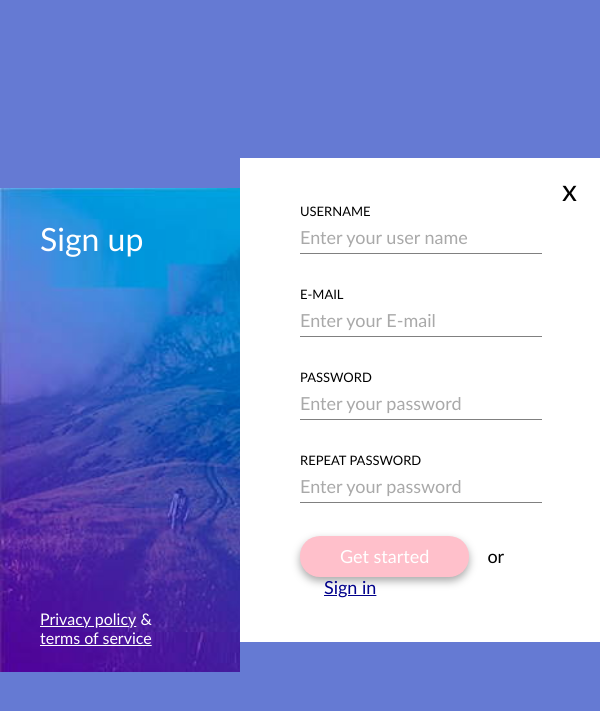
Repository: RugileG/registracijos-forma
Page: index.html
The author's editor kept a copy of each file at every save. The page is drawn from the files as they stood at one save, then again after a run of saves.
The browser window is 600 px wide. The pictures show the whole page.

Above is the page before, as saved 2021-05-19 10:40:55.

### index.html
<!DOCTYPE html>
<html lang="en">
<head>
    <meta charset="UTF-8">
    <meta http-equiv="X-UA-Compatible" content="IE=edge">
    <meta name="viewport" content="width=device-width, initial-scale=1.0">
    <title>Registracija</title>
    <style>

        html {
            height: 100%;
        }

        body {
            max-width: 800px;
            min-height: 100%;
            margin: 0 auto;
            position: relative;
            background-color: #657AD3;
            font: normal normal normal 16px/19px Gill Sans MT;
        }

        .container {
            width: 100%;
            position: absolute;
            top: 50%;
            transform: translateY(-50%);
        }

        .left-column, .right-column {
            float:left;
            height: 484px;
        }

        .left-column {
            width: 40%;
            background-color: transparent;
        }

        .right-column {
            width: 60%;
            background-color: #FFFFFF ;
            position: relative;
        }

        .left-column-container {
            display: block;
            height: 424px;
            background-color: red;
            margin-top: 30px;
            background: transparent url('img/mountain.png') 0% 0% no-repeat padding-box;
            background-size: cover;
            padding-left: 40px;
            position:relative;
        }

        .right-column-container {
            padding-left: 60px;
            padding-top: 46px;
            padding-right: 60px;
            padding-bottom: 46px;
        }

        h1 {
            font: normal normal normal 32px/37px Gill Sans MT;
            color: #FFFFFF;
            margin: 0;
            padding-top: 32px;
        }

        .left-column p, .left-column a {
            display: inline-block;
            font: normal normal normal 16px/19px Gill Sans MT;
            color: #FFFFFF;
            margin: 0;
        }

        .right-column p {
            display: inline-block;
            font: normal normal normal 18px/21px Gill Sans MT;
            color: #000000;
            margin: 0;
            padding-left: 14px ;
        }

        .right-column a {
            display: inline-block;
            font: normal normal normal 18px/21px Gill Sans MT;
            color: #00008B;
            padding-left: 24px ;
            margin: 0;
        }

        .links {
            position: absolute;
            bottom: 25px;
        }

        label {
            display:block;
            font: normal normal normal 13px/15px Gill Sans MT;
            color: #000000;
            padding-bottom:12px;
        }


        .input {
            margin-bottom: 33px;
        }

        input {
            display: block;
            border: none;
            width: 100%;
            padding-left: 0;
            padding-bottom: 6px;
            border-bottom: 1px solid #808080;
        }

        input:focus {
            border: none;
            outline: none;
            border-bottom: 1px solid #808080;
        }

        ::-webkit-input-placeholder {
            font: normal normal normal 18px/21px Gill Sans MT;
            color: #A9A9A9;
        }

        .btn {
            font: normal normal normal 18px/21px Gill Sans MT;
            color: #FFFFFF;
            background-color: #FFC0CB;
            border-radius: 20px;
            padding-left: 40px;
            padding-right:40px;
            padding-top: 10px;
            padding-bottom: 10px;
            border: none;
            box-shadow: 0 4px 8px darkgray;
        }

        .btn:hover {
            cursor:pointer;
            box-shadow: 0 4px 8px grey;
        }

        .close {
            font: normal normal normal 30px/35px Gill Sans MT;
            color: #000000;
            position:absolute;
            top: 14px;
            right: 23px;
        }

        .close:hover {
            color:#00008B;
        }

        @media screen and (max-width: 664px) {
            .left-column-container {
                height: 100%
            }
        }

    </style>
</head>
<body>
    <div class='container'>
        <div class='left-column'>
            <div class='left-column-container'>
                <h1>Sign up</h1>

                <div class='links'>
                    <a href='#'>Privacy policy</a>
                    <p>&</p>
                    <a href='#'>terms of service</a>
                </div>
            </div>
        </div>
        <div class='right-column'>
            <div class='right-column-container'>
                <span class='close'>x</span>
                <div class='input'>
                    <label for='username'>USERNAME</label>
                    <input placeholder='Enter your user name' type='text' id='username' name='username' />
                </div>
                <div class='input'>
                    <label for='email'>E-MAIL</label>
                    <input placeholder='Enter your E-mail' type='text' id='email' name='email' />
                </div>
                <div class='input'>
                    <label for='password'>PASSWORD</label>
                    <input placeholder='Enter your password' type='text' id='password' name='password' />
                </div>
                <div class='input'>
                    <label for='repeat_password'>REPEAT PASSWORD</label>
                    <input placeholder='Enter your password' type='text' id='repeat_password' name='repeat_password' />
                </div>

                <div class='right-column-bottom-action'>
                    <button class='btn'>Get started</button>
                    <p>or</p>
                    <a href='#'>Sign in</a>
                </div>
            </div>
        </div>
    </div>
</body>
</html>

After the next 2 saves:
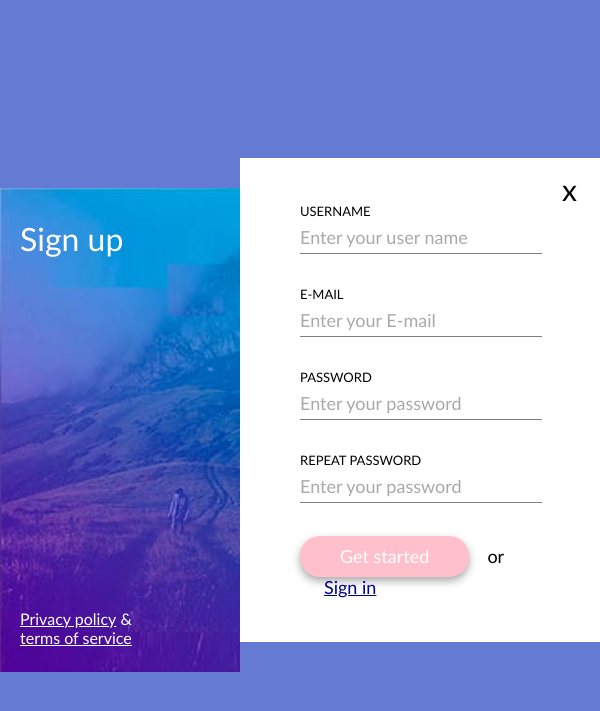
The 2 saves are shown as one change because they came seconds apart.
The last was saved 9 s later.
--- a/index.html
+++ b/index.html
@@ -160,7 +160,8 @@
 
         @media screen and (max-width: 664px) {
             .left-column-container {
-                height: 100%
+                height: 100%;
+                padding-left: 20px;
             }
         }
 
